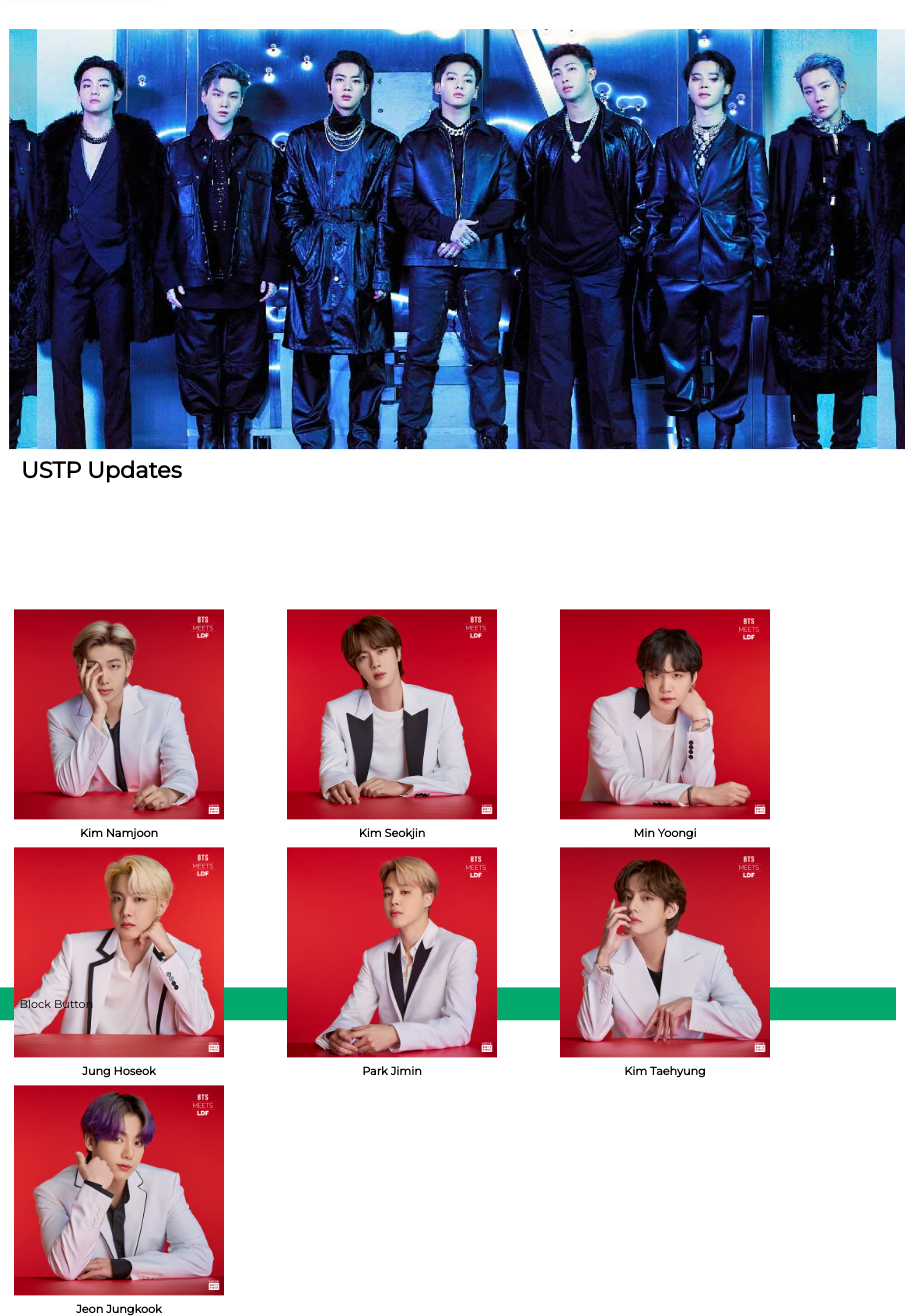
Repository: Joy5345/Colis-MidTerm_PIT
Page: index.html
The author's editor kept a copy of each file at every save. The page is drawn from the files as they stood at one save, then again after the next save.
The browser window is 1280 px wide. The page is 1293 px wide, so the pictures cover 1293 px, including what lies to the right of the window. The pictures show the part of the page from y = 911 to 2791 px (the page is 2791 px tall), at 70% of full size.

Above is the page before, as saved 2023-07-29 20:29:47.

### index.html
<!DOCTYPE html>
<html lang="en">
<head>
    <meta charset="UTF-8">
    <meta name="viewport" content="width=device-width, initial-scale=1.0">
    <link rel="stylesheet" href="css/style.css">
    <link rel="stylesheet" href="https://cdnjs.cloudflare.com/ajax/libs/font-awesome/6.4.0/css/all.min.css" integrity="sha512-iecdLmaskl7CVkqkXNQ/ZH/XLlvWZOJyj7Yy7tcenmpD1ypASozpmT/E0iPtmFIB46ZmdtAc9eNBvH0H/ZpiBw==" crossorigin="anonymous" referrerpolicy="no-referrer" />
    <link rel="preconnect" href="https://fonts.googleapis.com">
    <link rel="preconnect" href="https://fonts.gstatic.com" crossorigin>
    <link href="https://fonts.googleapis.com/css2?family=Montserrat:wght@100;200;300;400&display=swap" rel="stylesheet">
    <title>USTP</title>

</head>
<body>
    <div class="main1">
        <div class="nav-menu1">
            <nav>
                <ul>
                    <li><a href="#"><i class="fa-solid fa-arrow-up-right-from-square"></i>Career Center</a></li>
                    <li><a href="#"><i class="fa-solid fa-arrow-up-right-from-square"></i>Student Affairs</a></li>
                    <li><a href="#"><i class="fa-solid fa-arrow-up-right-from-square"></i>Alumni Affairs</a></li>
                    <li><a href="#"><i class="fa-solid fa-arrow-up-right-from-square"></i>Employees</a></li>
                    <li><a href="#"><i class="fa-solid fa-ear-listen"></i>COVID-19 Response</a></li>
                </ul>
            </nav>

            <div class="nav-icon">
                <a href="#"><i class="fa-solid fa-magnifying-glass"></i></a>
                <a href="#"><i class="fa-brands fa-twitter"></i></a>
                <a href="#"><i class="fa-brands fa-instagram"></i></a>
                <a href="#"><i class="fa-brands fa-youtube"></i></a>
                <a href="#"><i class="fa-brands fa-facebook-f"></i></a>
            </div>
        </div>
    </div>

    <div class="nav-menu2">
        <div class="container1">
            <nav>
                <div class="logo1">
                    <img src="images/USTP logo.png" alt="USTP" class="Univ">
                </div>
            </nav>


            <div class="nav-services">
                    <ul>
                        <li><a href="#">About <i class="fa-solid fa-angle-down"></i></a></li>
                        <li><a href="#">Academics <i class="fa-solid fa-angle-down"></i></a></li>
                        <li><a href="#">Research, Innovation & Entrepreneurship <i class="fa-solid fa-angle-down"></i></a></li>
                        <li><a href="#">Global <i class="fa-solid fa-angle-down"></i></a></li>
                        <li><a href="#">Updates <i class="fa-solid fa-angle-down"></i></a></li>
                        <li><a href="#">Services <i class="fa-solid fa-angle-down"></i></a></li>
                    </ul>
            </div>

        </div>
    </div>

    <div class="wallpaper1"></div>

    <div class="logos">
        <div class="container2">
            <img src="images/logo1.png" alt="Logo 1">
            <img src="images/logo2.png" alt="Logo 2">
            <img src="images/logo3.png" alt="Logo 3">
            <img src="images/logo4.png" alt="Logo 4">
            <img src="images/logo5.png" alt="Logo 5">
            <img src="images/logo6.png" alt="Logo 6">
        </div>
    </div>

    <div class="about-ustp-header">
        <nav class="about-ustp">
            <a href="#">ABOUT USTP</a>
        </nav>
    </div>

        <div>
            <div class="info">
                <p>Lorem ipsum dolor sit, amet consectetur adipisicing elit. Mollitia esse quisquam, velit laboriosam unde nostrum, vel beatae voluptate tempora commodi culpa consequatur perferendis corporis officia dignissimos eveniet assumenda consequuntur natus perspiciatis rem aspernatur recusandae. Laborum aspernatur quo sequi molestiae provident, amet reprehenderit, modi quaerat ut cum temporibus accusantium eveniet tenetur.</p> <br>

                <p>Lorem ipsum dolor sit amet consectetur adipisicing elit. Temporibus quos harum officiis quae incidunt nam vero consectetur similique cumque quisquam. Doloribus exercitationem perspiciatis sed obcaecati voluptas eum quam delectus temporibus veritatis, recusandae laboriosam minus quos ad sint quaerat corporis omnis voluptatem eveniet sit aperiam cupiditate. Dolor minus temporibus voluptatum tempora!</p>
            </div>
        </div>
    </div>

    <div class="learn-more">
        <div class="learn-more-btn">
            <a href="#" class="learn-more-link">Learn more about USTP</a>
        </div>
    </div>

    <div class="wallpaper2"></div>

    <h1>USTP Updates</h1>

    <div class="container4">
        <div class="card">
            <img src="images/kim namjoon.jpg" alt="card1">
            <div class="name">
              <p>Kim Namjoon</p>
            </div>
        </div>

        <div class="card">
            <img src="images/kim seokjin.jpg" alt="card2">
            <div class="name">
              <p>Kim Seokjin</p>
            </div>
        </div>

        <div class="card">
            <img src="images/min yoongi.jpg" alt="card3">
            <div class="name">
              <p>Min Yoongi</p>
            </div>
        </div>

        <div class="card">
            <img src="images/jung hoseok.jpg" alt="card4">
            <div class="name">
              <p>Jung Hoseok</p>
            </div>
        </div>

        <div class="card">
            <img src="images/park jimin.jpg" alt="card5">
            <div class="name">
              <p>Park Jimin</p>
            </div>
        </div>

        <div class="card">
            <img src="images/kim taehyung.jpg" alt="card6">
            <div class="name">
              <p>Kim Taehyung</p>
            </div>
        </div>

        <div class="card">
            <img src="images/jeon jungkook.jpg" alt="card7">
            <div class="name">
              <p>Jeon Jungkook</p>
            </div>
        </div>
    </div>


    <div class="container5">
        <div>
            <button type="button" class="block">Block Button</button>
        </div>
    </div>


</body>
</html>

### css/style.css
*{
    font-family: Montserrat;
    box-sizing: border-box;
    margin: 0 0;
}
.main1{
    display: flex;
    background-color: rgb(17, 17, 56);
    color: aliceblue;
    width: 100%;
    justify-content: center;
    padding-top: 10px;
    padding-bottom: 10px;

}
.nav-menu1{
    width: 80%;
    background-color: rgb(17, 17, 56);
    display: flex;
    align-items: center;
    justify-content: space-between;
}
nav ul{
    list-style: none;
}
nav ul li{
   display: inline-flex;
   list-style: none;
}
nav ul li a{
    margin-right: 10px;
    color: aliceblue;
    font-size: .8rem;
    text-decoration: none;
}
nav ul li a i{
    margin-right: 10px;
}
.fa-solid{
    margin-left: 5px;
}
.nav-icon i{
    margin-left: 20px;
    color: aliceblue;
}
.fa-magnifying-glass{
    color: aliceblue;
    font-size: 1rem;
    font-weight: bolder;
}
.nav ul li a:hover{
    color:gold;
}
.nav-icon i:hover{
    color: gold;
}

.nav-menu2{
    background-color: #fff;
    padding: 5px;
    display: flex;
    align-items: center;
    justify-content: space-between;
}

.container1 {
    display: flex;
    align-items: center;
}

.Univ{
    width: 350px;
    margin-right: 10px;
}

.nav-services ul{
    display: flex;
    margin-left: auto;
    align-items:end;
    text-decoration: none;
}

.nav-services > ul li{
    display: inline-flex;
    margin-left: 20px;
    list-style: none;
}

.nav-services > ul li a{
    text-decoration: none;
    color:black;
    font-weight: bold;
    font-size: small;
    margin-left: 10px;
}

.nav-services > ul li a i{
    margin-left: 10px;
}

.nav-services > ul li a:hover{
    color: gray;
}

.wallpaper1{
    height: 350px;
    width: 100%;
    margin-left: 1%;
    background-image: url("../images/bts1.jpg");
    border-top-left-radius: 50px;
    border-bottom-right-radius: 50px;
    background-position: center center;
}

.logos{
    background-color: #f0f0f0;
    padding: 20px 0;
    text-align: center;
}

.container2{
    display: flex;
    justify-content: center;
}

.container2 img {
    max-width: 70px;
    margin: 0 15px;
}

.about-ustp-header{
    background-color: #220e5f;
    padding: 20px 20px 20px 20px;
    justify-content: flex-end;
    border-radius: 10px;
}

.about-ustp{
    text-transform: uppercase;
    text-align: right;
}

.about-ustp a {
    color: #fff;
    text-decoration: none;
    margin-left: auto;
}

.info {
    padding: 40px 20px;
    background-color: #fff;
    text-align: justify;
}

.info-content {
    max-width: 500px;
    margin: 0 auto;
}


.info-content p {
    font-size: 16px;
    margin-bottom: 100px;
}

.learn-more-btn {
    text-align: right;
    margin-bottom: 50px;
    background-color: #220e5f;
    position: right;
    align-items: flex-end;
    width: fit-content;
    cursor: pointer;
}

.learn-more-link {
    display: inline-block;
    padding: 10px 20px;
    background-color: var(--primary-color);
    color: goldenrod;
    text-decoration: none;
    border-radius: 5px;
    font-size: 16px;
    box-shadow: 0 4px 8px rgba(0, 0, 0, 0.2);
    transition: background-color 0.2s ease;
}

.learn-more-link:hover {
    text-decoration-color: #220e5f;
    background-color: goldenrod;
}

.wallpaper2{
    height: 600px;
    width: 100%;
    margin-left: 1%;
    background-image: url("../images/bts3.jpg");
    background-position: center center;
}

h1{
    padding-top: 10px;
    padding-left: 30px;
    gap: 2px;
}

.container4 {
    padding-top: 10px;
    display: flex;
    height: 100vh;
    width: 100vw;
    gap: 70px;
    flex-wrap: wrap;
}

@media screen and (max-width: 1600px) {
    .card {
      width: 300px;
    }
}

@media screen and (max-width: 800px) {
    .card {
      width: 500px;
    }
    .card-container {
      justify-content: center;
    }
}

.card{
    height: 100px;
    width: 300px;
    display: flex;
    flex-direction: column;
    gap: 10px;
    margin-top: 170px;
    margin-left: 20px;
    transition: ease-in-out 600ms;
}

.name{
    text-align: center;
    font-weight: bolder;
}

.block {
    padding: 50px;
    display: flex;
    width: 100%;
    border: none;
    background-color: #04AA6D;
    padding: 14px 28px;
    font-size: 16px;
    cursor: pointer;
    text-align: center;
  }

After the next save:
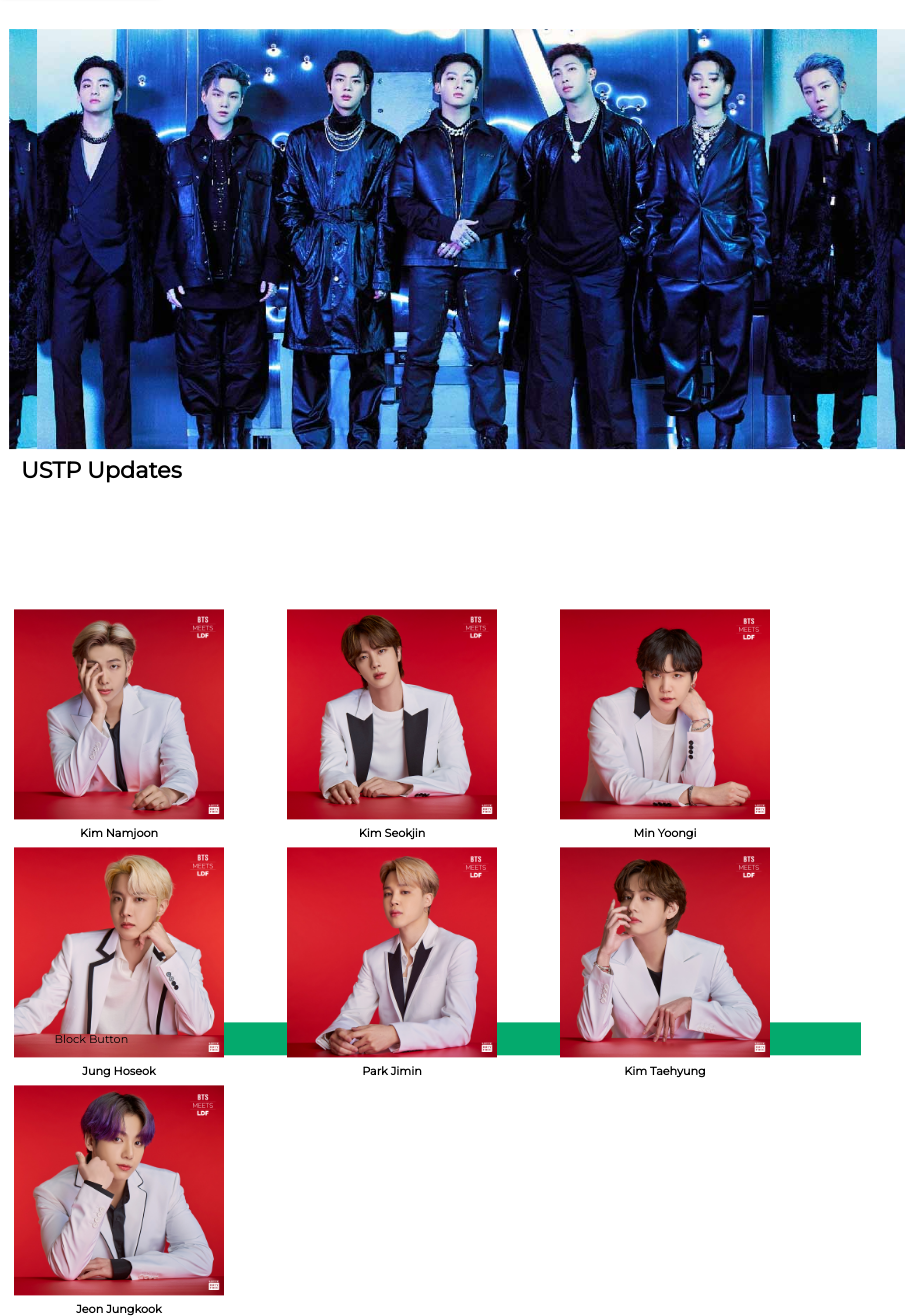
Saved 76 s later.
--- a/css/style.css
+++ b/css/style.css
@@ -244,6 +244,9 @@
     font-weight: bolder;
 }
 
+.container5{
+    padding: 50px;
+}
 .block {
     padding: 50px;
     display: flex;
